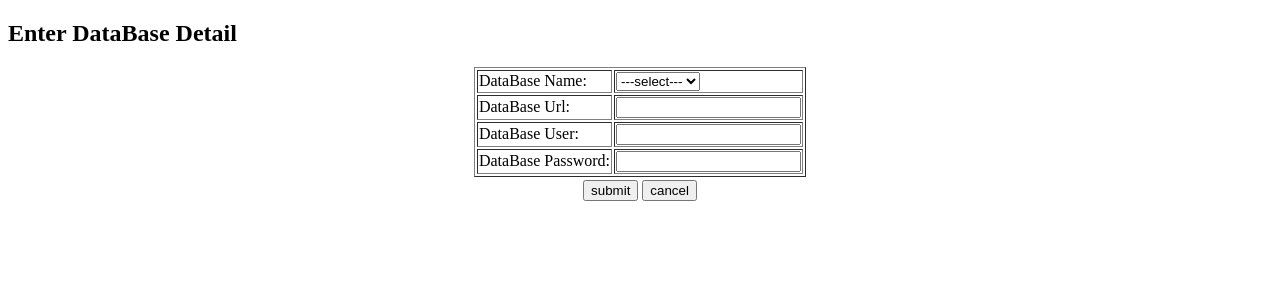
Repository: manish1905/MetaData_Details
Page: http://localhost/MetaData_Details/dbDetails
These files come from the project's save history. The page is drawn as it stood at one moment and after the next save; the edit follows.
The browser window is 1280 px wide. The pictures show the whole page.
Some web libraries are served in a nearby version. The page is served by Tomcat 9. Other server files are loaded and not shown.

Above is the page before, as saved 2018-12-28 09:04:25.
Console error: SyntaxError: Unexpected token ':'

### MetaData_Details/web/WEB-INF/jsps/dbDetail.jsp
<%@ page language="java" contentType="text/html; charset=ISO-8859-1"
    pageEncoding="ISO-8859-1"%>
    <%@ taglib prefix="form" uri="http://www.springframework.org/tags/form"%>
<!DOCTYPE html PUBLIC "-//W3C//DTD HTML 4.01 Transitional//EN" "http://www.w3.org/TR/html4/loose.dtd">
<html>
<head>
<meta charset="ISO-8859-1">
<title>DataBase Data</title>
</head>
<script>
$(document).ready(function(){
    $('#dbName').on('change', function() {
      if ( this.value == 'OracleDB')
      {
        $("#url").value=jdbc:oracle:thin:@;
      }
       if(this.value=='SQL')
      {
        $("#url").value=jdbc:mysql:/;
     }
       if(this.value=='DB2')
    	   {
    	   $("#url").value=jdbc:db2:;
    	   }
       if(this.value=='Sybase')
    	   {
    	   $("#url").value=jdbc:sybase:Tds:;
    	   }
    });
});
</script>
<body>
	<form:form method="POST" action="dbDetailSuccess" modelAttribute="dataBaseBean">
	<h2>Enter DataBase Detail</h2>
	<table align="center" border="1">
	<tr>
	<td>DataBase Name:</td>
	<td><form:select path="dbName" id="dbName">
	<form:option value="None" label="---select---"/>
	<form:option value="OracleDB" label="OracleDB"/>
	<form:option value="SQL" label="SQL"/>
	<form:option value="DB2" label="DB2"/>
	<form:option value="Sybase" label="Sybase"/>
	</form:select></td>
	</tr>
	<tr>
	<td>DataBase Url:</td>
	<td><form:input name="url" path="url" id="url"/></td>
	</tr>
	<tr>
	<td>DataBase User:</td>
	<td><form:input name="user" path="user"/></td>
	</tr>
	<tr>
	<td>DataBase Password:</td>
	<td><form:password name="password" path=""/></td>
	</tr>

	</table>
	<table align="center">
	<tr>
	<td><input type="submit" value="submit"/></td>
	<td><input type="submit" value="cancel"/></td>
	</tr>
	</table>
	</form:form>
</body>
</html>

After the next save:
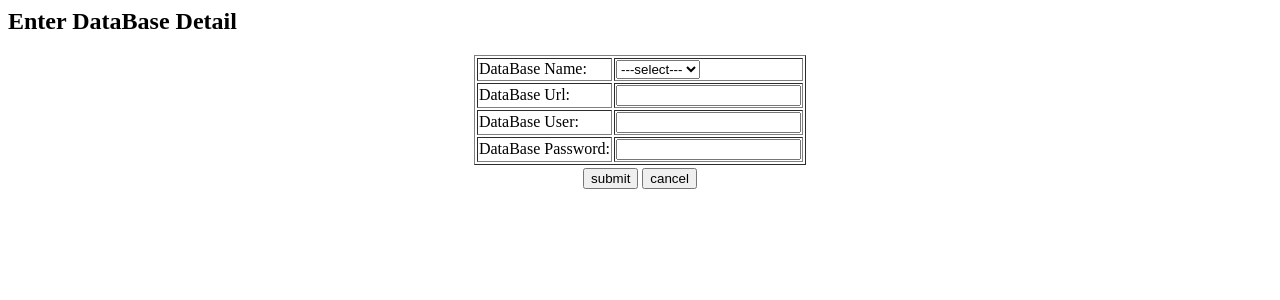
Saved 25 min 58 s later.
--- a/MetaData_Details/web/WEB-INF/jsps/dbDetail.jsp
+++ b/MetaData_Details/web/WEB-INF/jsps/dbDetail.jsp
@@ -1,6 +1,7 @@
 <%@ page language="java" contentType="text/html; charset=ISO-8859-1"
     pageEncoding="ISO-8859-1"%>
     <%@ taglib prefix="form" uri="http://www.springframework.org/tags/form"%>
+    <script src="http://ajax.googleapis.com/ajax/libs/jquery/1.11.2/jquery.min.js"></script>
 <!DOCTYPE html PUBLIC "-//W3C//DTD HTML 4.01 Transitional//EN" "http://www.w3.org/TR/html4/loose.dtd">
 <html>
 <head>

After the save that followed:
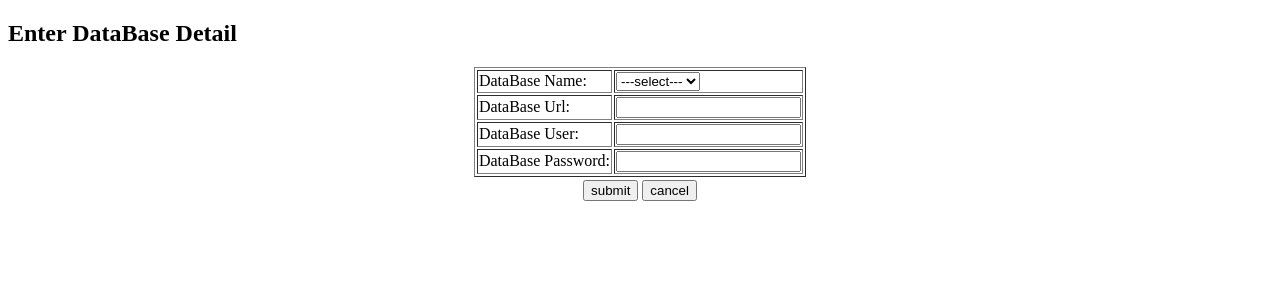
Saved 25 s later.
--- a/MetaData_Details/web/WEB-INF/jsps/dbDetail.jsp
+++ b/MetaData_Details/web/WEB-INF/jsps/dbDetail.jsp
@@ -1,10 +1,11 @@
 <%@ page language="java" contentType="text/html; charset=ISO-8859-1"
     pageEncoding="ISO-8859-1"%>
     <%@ taglib prefix="form" uri="http://www.springframework.org/tags/form"%>
-    <script src="http://ajax.googleapis.com/ajax/libs/jquery/1.11.2/jquery.min.js"></script>
+
 <!DOCTYPE html PUBLIC "-//W3C//DTD HTML 4.01 Transitional//EN" "http://www.w3.org/TR/html4/loose.dtd">
 <html>
 <head>
+ <script src="http://ajax.googleapis.com/ajax/libs/jquery/1.11.2/jquery.min.js"></script>
 <meta charset="ISO-8859-1">
 <title>DataBase Data</title>
 </head>
